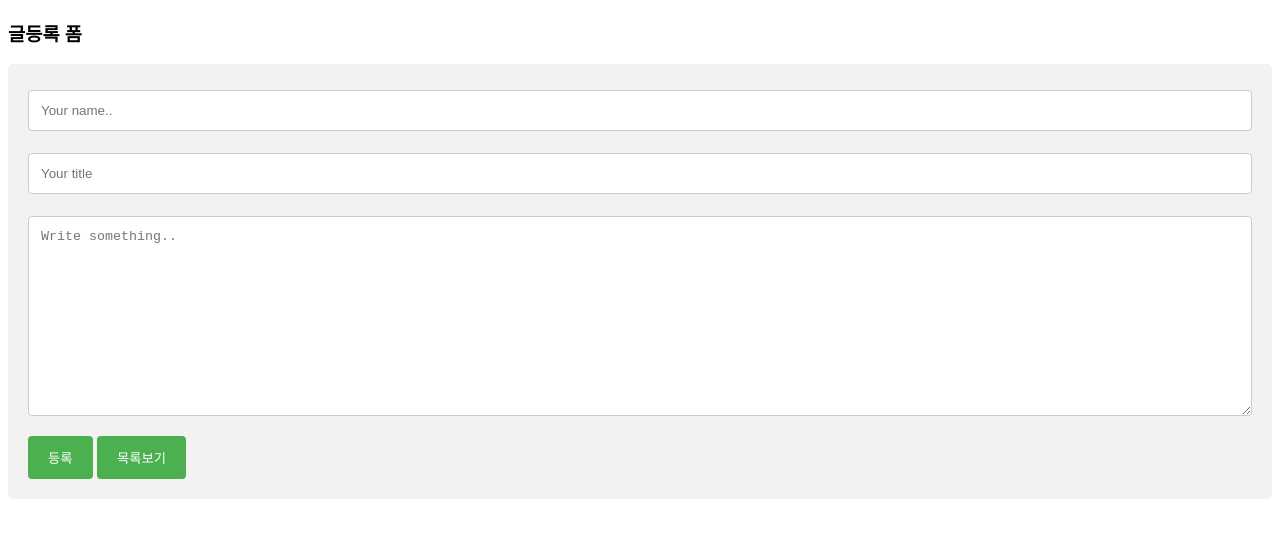
Repository: SyngyeonTak/javaee_workspace
Page: http://localhost/MySite/board/regist_form.jsp
The author's editor kept a copy of each file at every save. The page is drawn from the files as they stood at one save, then again after a run of saves.
The browser window is 1280 px wide. The pictures show the whole page.
The page is served by Tomcat 9. Other server files are loaded and not shown.

Above is the page before, as saved 2020-12-11 02:17:23.

### MySite/WebContent/board/regist_form.jsp
<%@ page contentType="text/html;charset=utf-8"%>
<!DOCTYPE html>
<html>
<head>
<meta name="viewport" content="width=device-width, initial-scale=1">
<style>
body {font-family: Arial, Helvetica, sans-serif;}
* {box-sizing: border-box;}

input[type=text], select, textarea {
  width: 100%;
  padding: 12px;
  border: 1px solid #ccc;
  border-radius: 4px;
  box-sizing: border-box;
  margin-top: 6px;
  margin-bottom: 16px;
  resize: vertical;
}

input[type=button] {
  background-color: #4CAF50;
  color: white;
  padding: 12px 20px;
  border: none;
  border-radius: 4px;
  cursor: pointer;
}

input[type=button]:hover {
  background-color: #45a049;
}

.container {
  border-radius: 5px;
  background-color: #f2f2f2;
  padding: 20px;
}
</style>
<script src="https://ajax.googleapis.com/ajax/libs/jquery/3.5.1/jquery.min.js"></script>
<script>
$(function(){
	var bt_regist = $("input[type='button']")[0];
	var bt_list = $("input[type='button']")[1];

	$(bt_regist).click(function(){
		alert("등록");

	});

	$(bt_list).click(function(){

	});

});

function regist(){
	$()
}
</script>
</head>
<body>

<h3>글등록 폼</h3>

<div class="container">
  <form>
    <input type="text" name="writer" placeholder="Your name..">

    <input type="text" name="title" placeholder="Your title">

    <textarea name="content" placeholder="Write something.." style="height:200px"></textarea>

    <input type="button" value="등록">
    <input type="button" value="목록보기" onClick = "location.href = 'list.jsp'">
  </form>
</div>

</body>
</html>

After the next 2 saves:
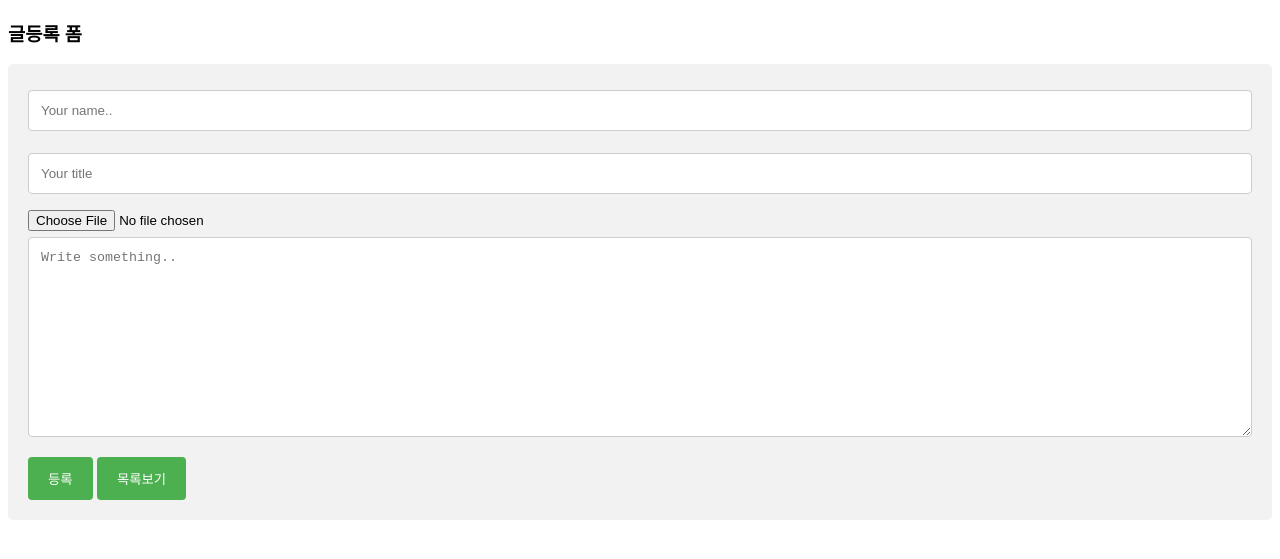
The 2 saves are shown as one change because they came seconds apart.
The last was saved 20 s later.
--- a/MySite/WebContent/board/regist_form.jsp
+++ b/MySite/WebContent/board/regist_form.jsp
@@ -68,6 +68,7 @@ function regist(){
     <input type="text" name="writer" placeholder="Your name..">
 
     <input type="text" name="title" placeholder="Your title">
+    <input type="file" name="photo">
 
     <textarea name="content" placeholder="Write something.." style="height:200px"></textarea>
 
